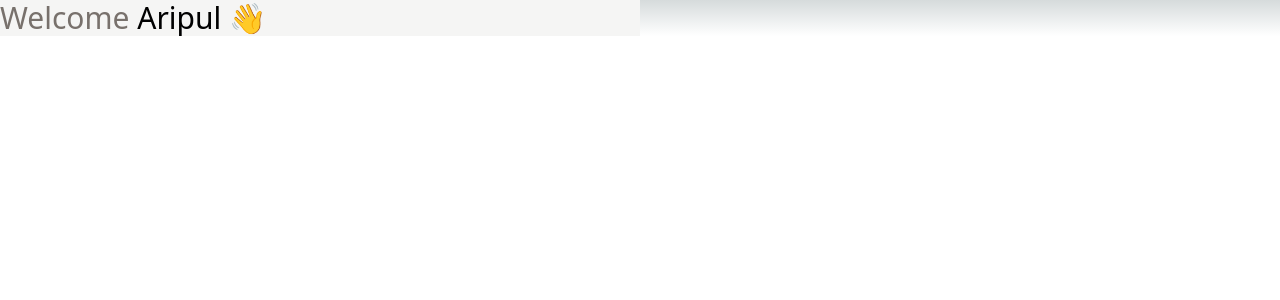
Repository: mehedi9465/nextapp
Page: /Dashboard
These files come from the project's save history. The page is drawn as it stood at one moment and after the next save; the edit follows.
The browser window is 1280 px wide. The pictures show the whole page.
The project was rebuilt for these pictures with package versions that can differ from the ones it lists, and the page was loaded fresh each time. The framework's server and built-in components were replaced by stand-ins that run in the browser. Also part of the build but not shown: next.config.js, Components/Navbar.js.

Above is the page before, as saved 2023-03-04 14:47:58.

After the next save:
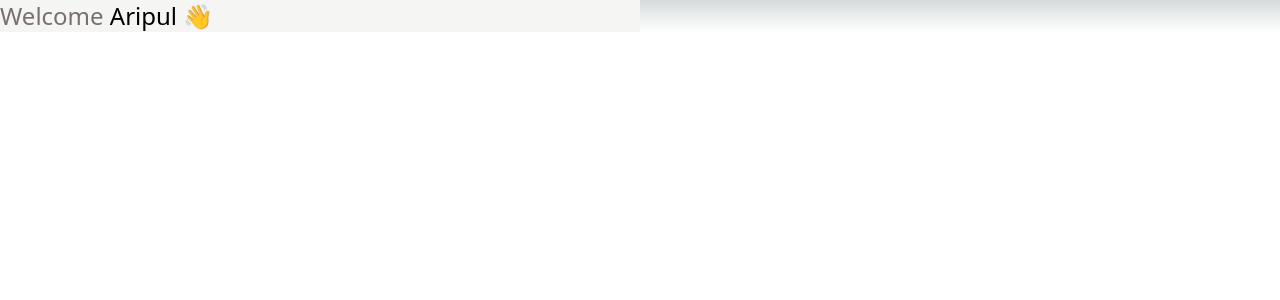
Saved 13 s later.
--- a/pages/Dashboard/index.js
+++ b/pages/Dashboard/index.js
@@ -9,7 +9,7 @@ const index = () => {
 
       <div className="max-w-screen-sm bg-stone-100 text-black">
         <div className="flex">
-          <p className="text-3xl">
+          <p className="text-2xl">
             <span className="text-stone-500">Welcome</span> Aripul 👋
           </p>
         </div>
